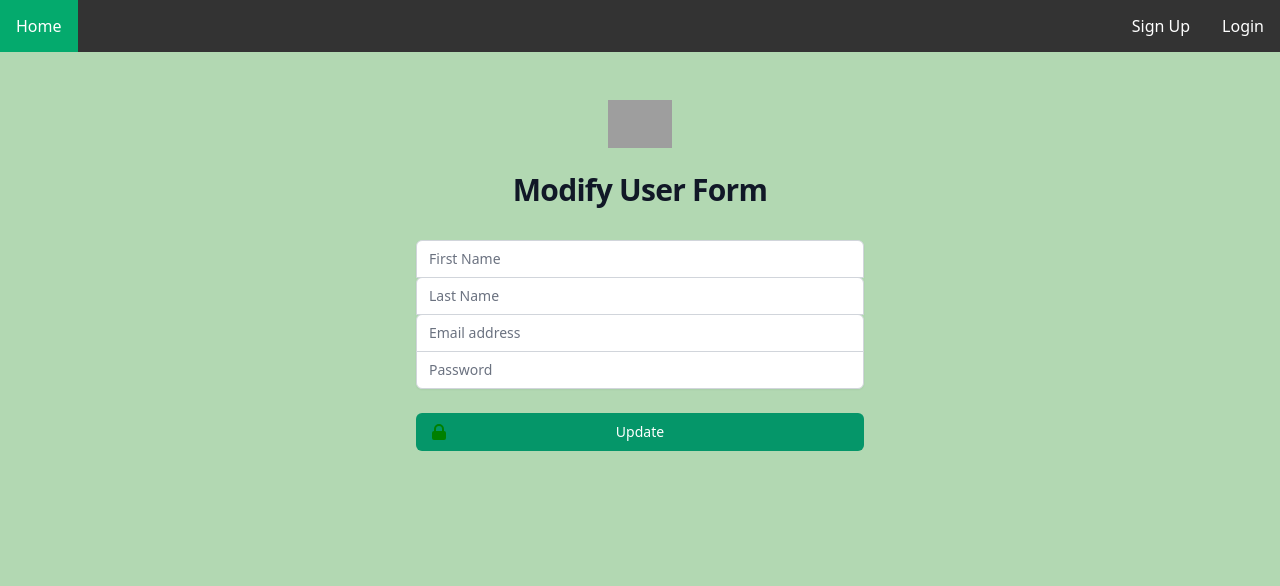
Repository: sach7691/original-book-store
Page: http://localhost/online-book-store-application/modify_customer.jsp
These files come from the project's save history. The page is drawn as it stood at one moment and after the next save; the edit follows.
The browser window is 1280 px wide. The pictures show the whole page.
Pictures or frames that could not be fetched are drawn as grey boxes. The page is served by Tomcat 9.

Above is the page before, as saved 2022-08-31 19:46:23.

After the next save:
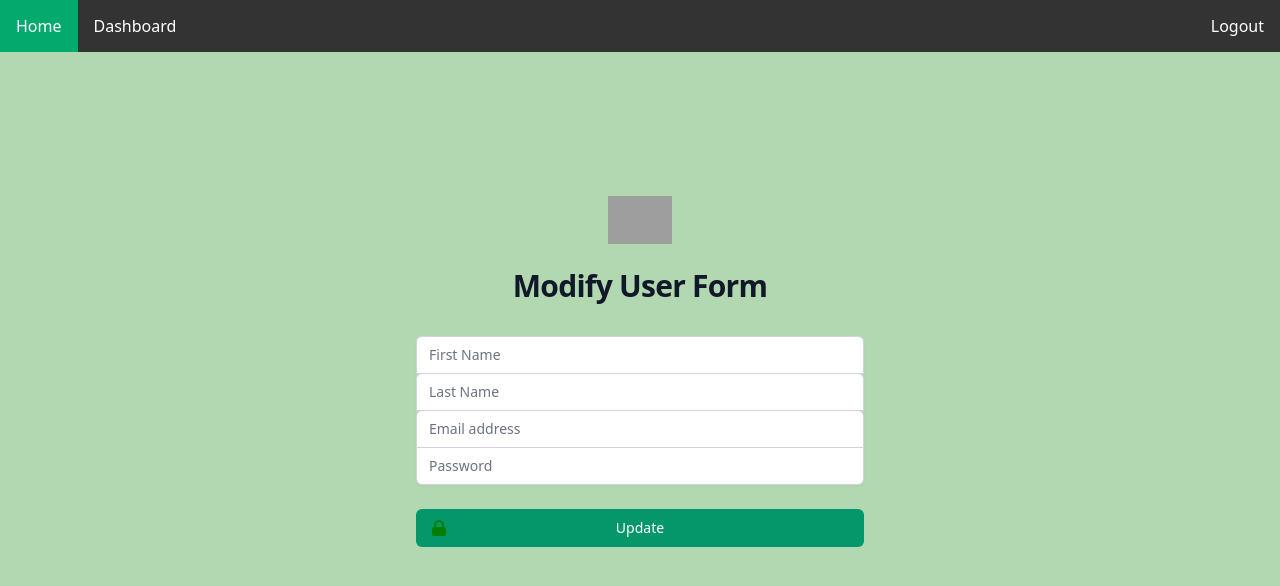
Saved 114 s later.
--- a/online-book-store-application/src/main/webapp/modify_customer.jsp
+++ b/online-book-store-application/src/main/webapp/modify_customer.jsp
@@ -59,13 +59,19 @@ ul.topnav li.right {float: right;}
 </head>
 <body>
 
+<form action="http://localhost:8080/online-book-store-application/LogoutCustomerServlet" method="GET">
 <div>
 <ul class="topnav">
   <li><a class="active" href="welcome.jsp">Home</a></li>
-  <li class="right"><a href="login.jsp">Login</a></li>
-  <li class="right"><a href="index.jsp">Sign Up</a></li>
+  <li><a  href="dashboard.jsp">Dashboard</a></li>
+  <li class="right"><a href="login.jsp">Logout</a></li>
 </ul>
+<br>
+<br>
+<br>
+<br>
 </div>
+</form>
 
 <link href="https://unpkg.com/tailwindcss@%5E1.0/dist/tailwind.min.css"  rel="stylesheet">
 
